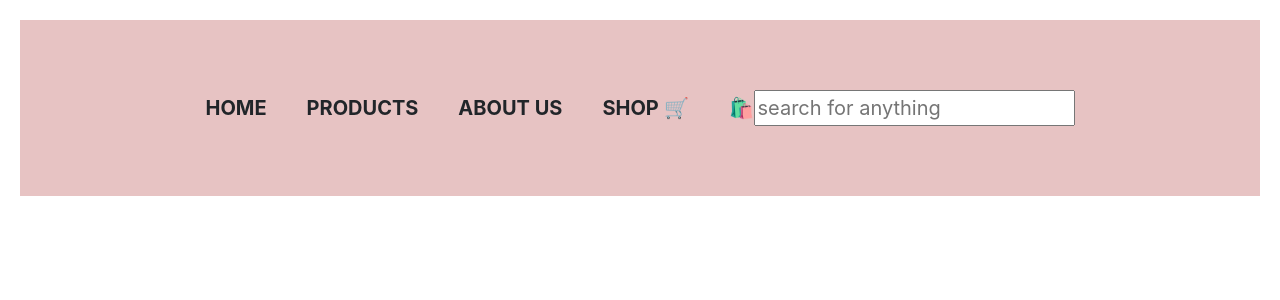
Repository: thf4/Project-Shop
Page: /
The author's editor kept a copy of each file at every save. The page is drawn from the files as they stood at one save, then again after the next save.
The browser window is 1280 px wide. The pictures show the whole page.
The project was rebuilt for these pictures with package versions that can differ from the ones it lists, and the page was loaded fresh each time.

Above is the page before, as saved 2021-04-22 11:38:06.

### src/index.js
import React from 'react';
import ReactDOM from 'react-dom';
import 'bootstrap/dist/css/bootstrap.min.css';
import App from './App'


ReactDOM.render(
  <React.StrictMode>
   <App />
  </React.StrictMode>,
  document.getElementById('root')
);

### src/App.js
import './App.css'

function App() {
  return (
    <div className="App">
      <header className="App-header">

        <ul id="Lista">
          <li> HOME </li>
          <li> PRODUCTS </li>
          <li> ABOUT US</li>
          <li> SHOP 🛒</li>
          <li>🛍<input type="text" id="area-find" placeholder="search for anything"/></li>
        </ul>

      </header>
    </div>
  );
}

export default App;

### src/App.css
.App{
  width: 100%;
  height: auto;
  padding: 20px;
}

#Lista{
  list-style-type: none;
  margin: 0;

  font-weight: bold;
  text-align: center;
  padding: 50px 50px;
}
li{
 display: inline-block;
 font-size: 20px;
 padding: 20px;

}
.App-header{

  background-color: #a0171741;
}

Loaded but not shown: public/index.html (common file)

After the next save:
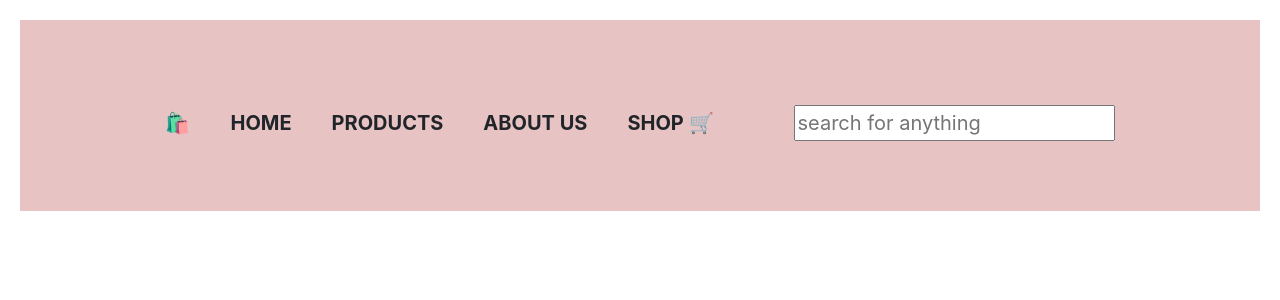
Saved 17 s later.
--- a/src/App.js
+++ b/src/App.js
@@ -6,11 +6,13 @@ function App() {
       <header className="App-header">
 
         <ul id="Lista">
+          <li>🛍</li>
           <li> HOME </li>
           <li> PRODUCTS </li>
           <li> ABOUT US</li>
           <li> SHOP 🛒</li>
-          <li>🛍<input type="text" id="area-find" placeholder="search for anything"/></li>
+          <li>
+            <li></li><input type="text" id="area-find" placeholder="search for anything"/></li>
         </ul>
 
       </header>
